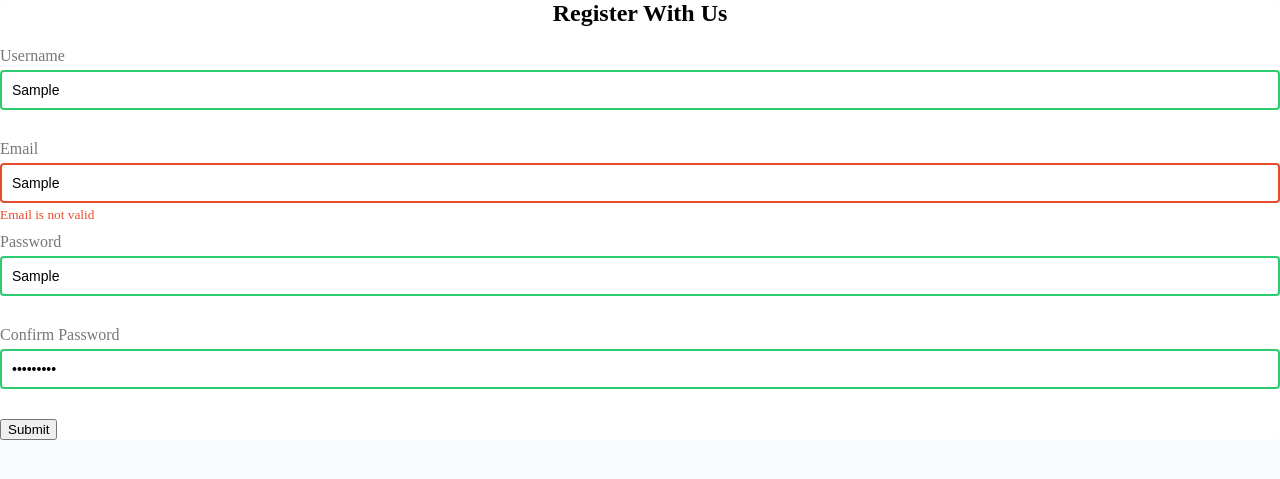
Repository: atko87/Form-Validator-Intro-
Page: index.html
These files come from the project's save history. The page is drawn as it stood at one moment and after the next save; the edit follows.
The browser window is 1280 px wide. The pictures show the whole page.
Empty fields were first filled with sample values (such as "Sample", 5 or name@example.com).
After loading, the first visible `#form` was submitted once.

Above is the page before, as saved 2020-03-08 09:43:39.

After the next save:
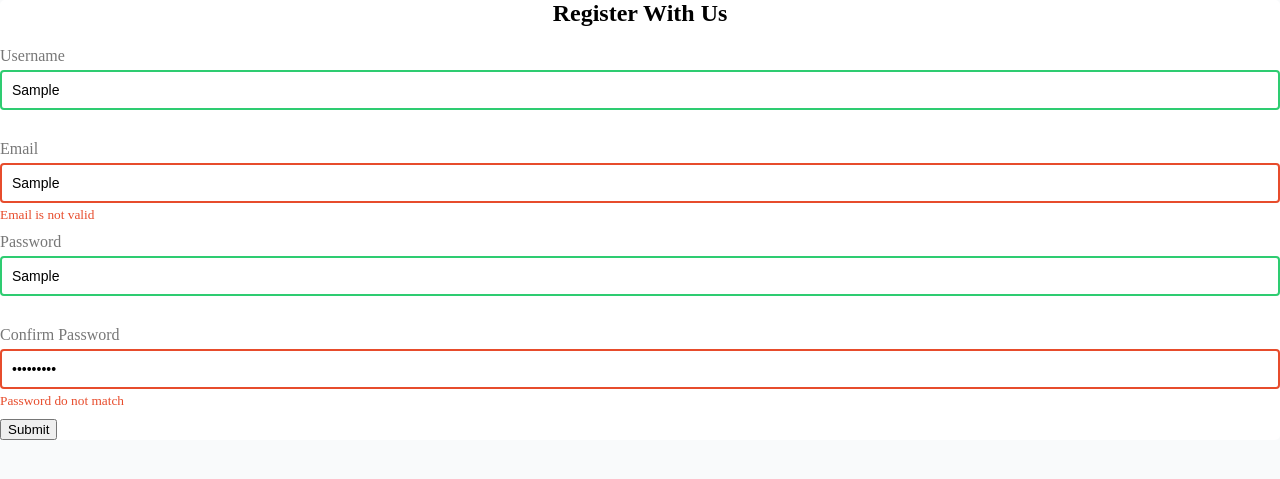
Saved 24 s later.
--- a/script.js
+++ b/script.js
@@ -78,4 +78,5 @@ form.addEventListener("submit", function(e) {
   checkLength(username, 3, 15);
   checkLength(password, 6, 25);
   checkEmail(email);
+  checkPasswordMatch(password, password2);
 });
